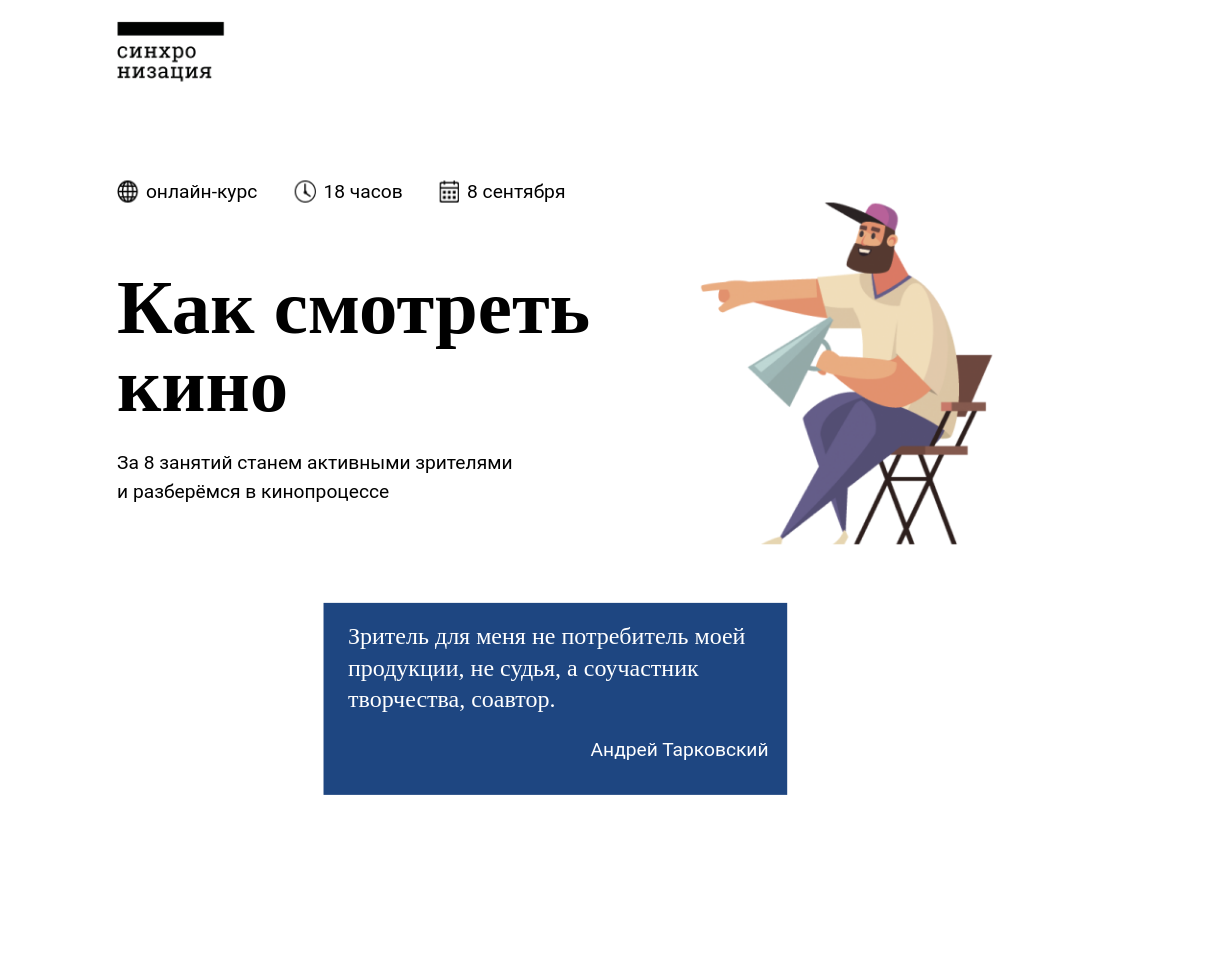
Repository: PoladEziz/Task-8
Page: index.html
The author's editor kept a copy of each file at every save. The page is drawn from the files as they stood at one save, then again after the next save.
The browser window is 1280 px wide. The pictures show the whole page, at 96% of full size.

Above is the page before, as saved 2023-05-25 16:26:34.

After the next save:
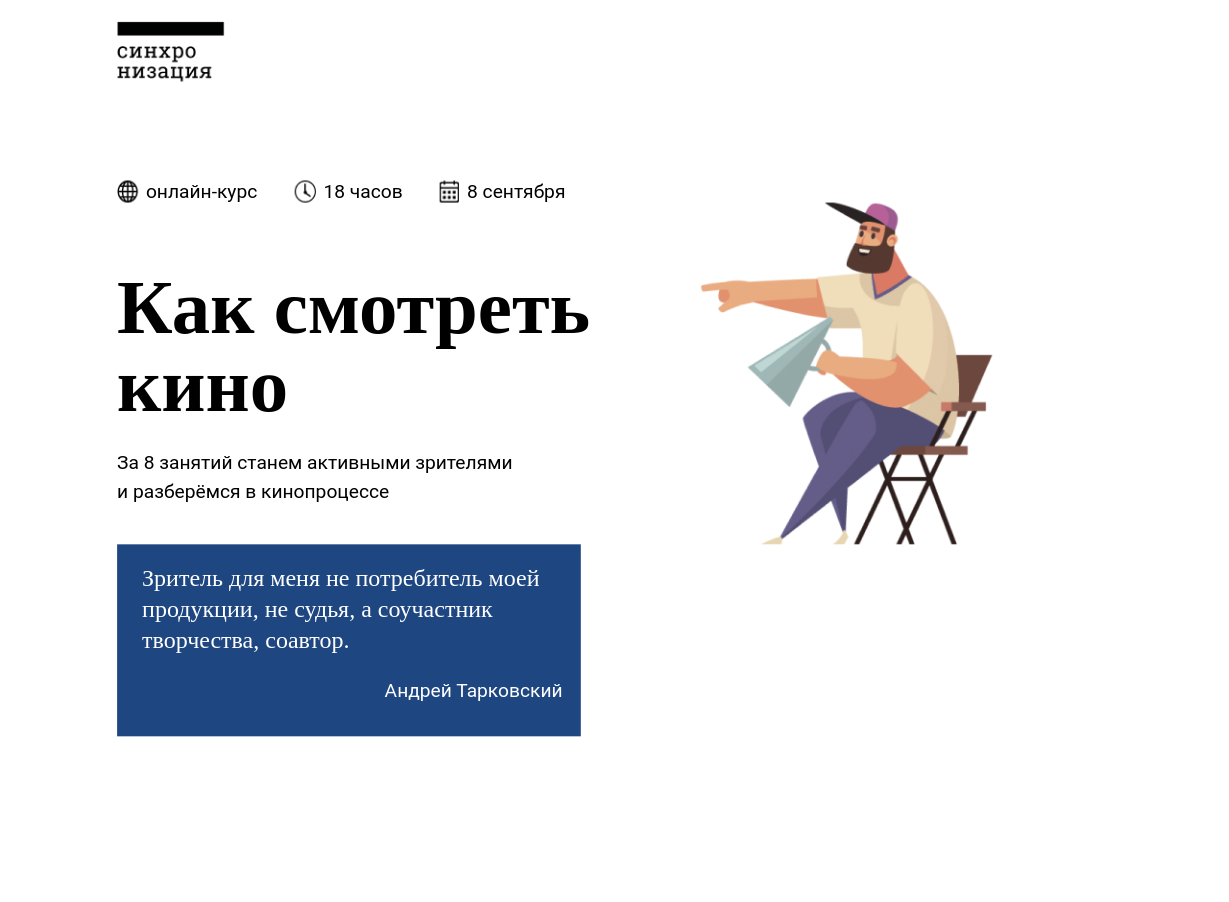
Saved 8 s later.
--- a/index.html
+++ b/index.html
@@ -31,7 +31,7 @@
 
         </div>
 
-        <div class="bot">
+        <div class="bottom">
             <div class="box">
                 <p>Зритель для меня
                     не потребитель моей продукции, не судья, а соучастник творчества, соавтор. </p>

After the save that followed:
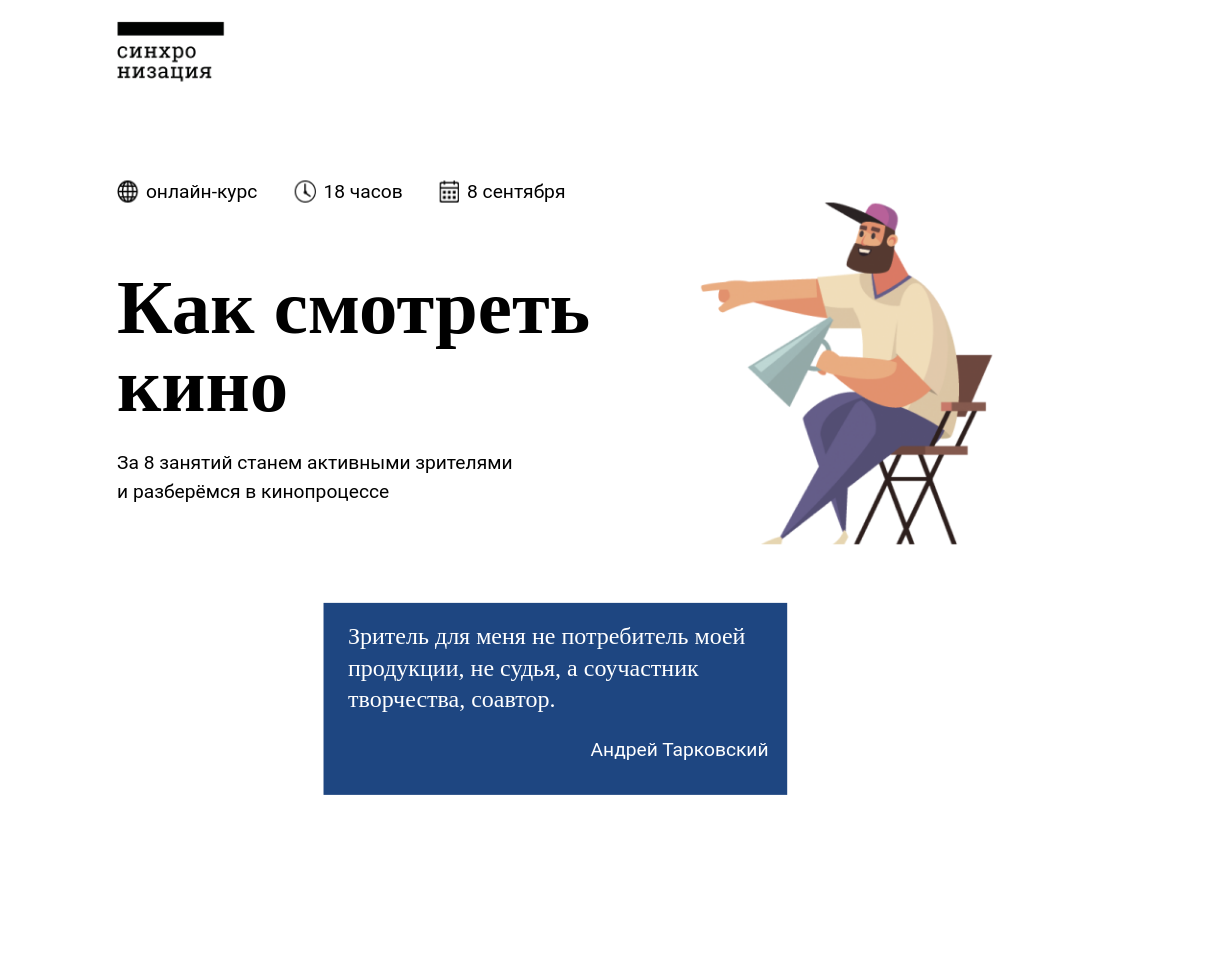
Saved 7 s later.
--- a/index.css
+++ b/index.css
@@ -18,7 +18,7 @@
   justify-content: space-between; */
 }
 
-.bot {
+.bottom {
   width: 100%;
   display: flex;
   justify-content: center;
